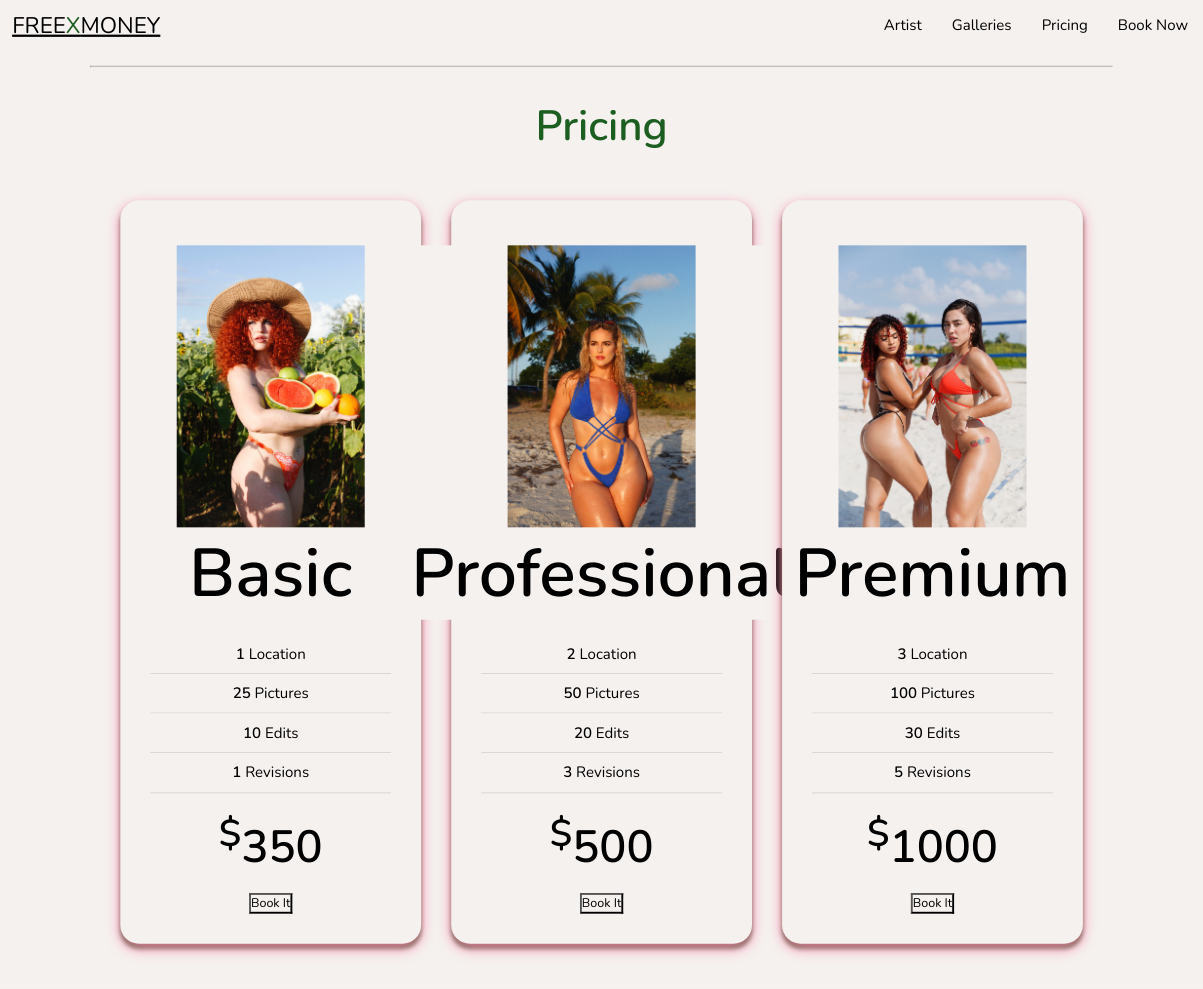
Repository: burntaftermint/freexmoney-draft
Page: price.html
The author's editor kept a copy of each file at every save. The page is drawn from the files as they stood at one save, then again after the next save.
The browser window is 1280 px wide. The pictures show the whole page, at 94% of full size.
Some web fonts or font styles are not loaded; a fallback is used.

Above is the page before, as saved 2024-06-11 02:15:01.

### price.html
<!DOCTYPE html>
<html lang="en">
<head>
    <meta charset="UTF-8">
    <meta http-equiv="X-UA-Compatible" content="IE=edge">
    <meta name="viewport" content="width=device-width, initial-scale=1.0">
    <script src="script.js" defer></script>
    <title>FREEXMONEY</title>
    <link rel="preconnect" href="https://fonts.googleapis.com">
    <link rel="preconnect" href="https://fonts.gstatic.com" crossorigin>
    <link href="https://fonts.googleapis.com/css2?family=Architects+Daughter&family=Kumbh+Sans:wght@400;700&family=Montserrat:ital,wght@0,100;0,200;0,300;0,400;0,500;0,600;0,700;0,800;0,900;1,100;1,200;1,300;1,400;1,500;1,600;1,700;1,800;1,900&family=Nunito:wght@300;400;500;600&family=Roboto:wght@300&family=Rubik:wght@400;500;600;700;800&family=Yantramanav:wght@500&display=swap" rel="stylesheet">
    <link rel="stylesheet" type="text/css" href="style.css">
</head>
<body>
    <nav class="navbar">
        <div class="nav-title">
            <a href="index.html">FREE<span>X</span>MONEY</a>
        </div>
        <a href="#" class="toggle-button">
            <span class="bar"></span>
            <span class="bar"></span>
            <span class="bar"></span>
        </a>
        <div class="navbar-links">
            <ul>
                <li><a href="artist.html">Artist</a></li>
                <li><a href="gallery.html">Galleries</a></li>
                <li><a href="pricing.html">Pricing</a></li>
                <li><a href="home.html">Book Now</a></li>
            </ul>
        </div>
    </nav>
    <hr>
    <h1 class="galleryh1">Pricing</h1>
    <section class="pricing">
        <div class="card-wrapper">
            <!-- card header -->
            <div class="card-header">
                <img src="images/2.JPG" alt="basic">
                <h2>Basic</h2>
            </div>
            <!-- card detail -->
            <div class="card-detail">
                <p><b>1</b> Location </p>
                <p><b>25</b> Pictures </p>
                <p><b>10</b> Edits </p>
                <p><b>1</b> Revisions </p>

            </div>
            <!-- card price -->
            <div class="card-price">
                <p><sup>$</sup>350</p>
            </div>
            <!-- button -->
            <button class="card-button">Book It</button>
        </div>

        <div class="card-wrapper">
            <!-- card header -->
            <div class="card-header">
                <img src="images/4.JPG" alt="basic">
                <h2>Professional</h2>
            </div>
            <!-- card detail -->
            <div class="card-detail">
                <p><b>2</b> Location </p>
                <p><b>50</b> Pictures </p>
                <p><b>20</b> Edits </p>
                <p><b>3</b> Revisions </p>

            </div>
            <!-- card price -->
            <div class="card-price">
                <p><sup>$</sup>500</p>
            </div>
            <!-- button -->
            <button class="card-button">Book It</button>
        </div>

        <div class="card-wrapper">
            <!-- card header -->
            <div class="card-header">
                <img src="images/11.JPG" alt="basic">
                <h2>Premium</h2>
            </div>
            <!-- card detail -->
            <div class="card-detail">
                <p><b>3</b> Location </p>
                <p><b>100</b> Pictures </p>
                <p><b>30</b> Edits </p>
                <p><b>5</b> Revisions </p>

            </div>
            <!-- card price -->
            <div class="card-price">
                <p><sup>$</sup>1000</p>
            </div>
            <!-- button -->
            <button class="card-button">Book It</button>
        </div>

    </section>

</body>
</html>

### style.css

* {
    margin: 0;
    padding: 0;
    box-sizing: border-box;
    font-family: 'Nunito', sans-serif;
    background-color: #f5f1ef;
}

.container {
    display: flex;
    flex-direction: column;
    justify-content: center;
    align-items: center;
    text-align: center;
    margin: 15px 20px 0 20px;
}

.social-links img {
    width: 50px;

    margin: 20px;
    cursor: pointer;
}

.social-links {
    text-align: center;
}

hr {
    margin: 1rem 6rem 0 6rem;
}


.container .heading {
    width: 50%;
    padding-bottom: 20px;
}

.container .heading h3 {
    font-size: 3em;
    font-weight: 400;
    border-bottom: 3px solid #1b5e20;

}

.container .heading h3 span {
    color: #1b5e20;
    font-weight: 600;
}

.container .box {
    display: flex;
    flex-direction: row;
    justify-content: space-between;

}

.container .box .row1 {
    display: flex;
    flex-direction: column;
    width: 32.5%;
}

.container .box .row1 img {
    width: 100%;
    padding-bottom: 10px;
    animation: fadeInUp 2s ease;
}

.container .box .row1 img:hover{
    opacity: 0.5;
    transition: 0.2s ease;

}

.container .btn {
    margin: 40px 0 70px 0;
    background: #1b5e20;
    padding: 15px 40px ;
    border-radius: 5px;
}


.container .btn a {
    text-decoration: none;
    background-color: transparent;
    color: #f5f5f5;
    font-weight: bolder;
    letter-spacing: 1px;
}

.container .heading a {
    text-decoration: none;
    color: black;
}
.container .heading a:hover {

    color: #f06292;
}

.container .btn a:hover {
    text-decoration: none;
    background-color: transparent;
    color: #f06292;
    font-weight: bolder;

}

/* gallery css */
.gallery-container {
    width: 100%;
    min-height: 100vh;
    display: flex;
    justify-content: center;
    align-items: center;
    padding: 0px 90px;
}

.gallery-content-section {
    display: flex;
    justify-content: center;
    align-items: center;
    text-align: center;
    animation: fadeInRight 2s ease;
}

.gallery-content-section .gallery-card {
    flex: 1;
    margin: 20px 20px;
    box-shadow: 0px 2px 8px 0px rgba(0,0,0,0.2);
    border-radius: 20px;
    box-shadow: 0 5px 14px #fa7fa8, 0 5px 5px #1b5e20;
}

.gallery-content-section .gallery-card:hover {
    transform: scale(1.2);
    cursor: pointer;
}

.gallery-content-section .gallery-card img {
    width: 100%;
    height: auto;
    border-radius: 5px;
}

.gallery-content-section .gallery-card h2 {
    margin: 15px 0px;
    font-size: 28px;
    color: #f06292;
}

.gallery-content-section .gallery-card p {
    font-size: 16px;
    line-height: 1.5;
    padding: 0px 10px;
    margin-bottom: 20px;
}

.galleryh1 {
    text-align: center;
    font-size: 45px;
    color: #1b5e20;
    margin-top: 2rem;
}

/* home css */

.hero {
    background-color: #f5f1ef;
    overflow: hidden;
}

.home-heading h1 {
    color: #1b5e20;
    font-size: 55px;
    text-align: center;
    margin-top: 35px;
    margin-bottom: -30px;
}

.hero-content p {
    font-size: 24px;
    line-height: 1.5;
    margin-bottom: 40px;
    color: rgb(39, 39, 39);
}

.hero-btn {
    display: inline-block;
    background-color: #1b5e20;
    margin-top: -20px;
    padding: 12px 24px;
    border-radius: 5px;
    font-size: 20px;
    border: none;
    cursor: pointer;
    transition: 0.3s ease;
    font-weight: bolder;
    letter-spacing: 1px;
}
.hero-btn a {

    text-decoration: none;
    background-color: transparent;
    color: #f5f5f5;
}
.hero-btn a:hover {

    color: #f06292;
}
.container_home {
    display: flex;
    justify-content: center;
    align-items: center;
    width: 90%;
    margin: 65px auto;
}
.hero-content {
    flex: 1;
    width: 600px;
    margin: 0px 25px;
    animation: fadeInUp 2s ease;
}
.hero-image {
    flex: 1;
    width: 600px;
    margin: auto;
    animation: fadeInRight 2s ease;
}

.hero-content h2 {
    color: #f06292;
    font-size: 38px;
    margin-bottom: 10px;
}

.hero img {
width: 100%;
height: auto;
border-radius: 10px;
}

/* navbar css */
.navbar {
    display: flex;
    justify-content: space-between;
    align-items: center;
    background-color: #f5f1ef;


}

.nav-title {
    background-color: transparent;
    text-decoration: underline;
}
.nav-title a{
    color: black;

}
.nav-title a:hover{
    color: #f06292;
}
.nav-title span{
    background-color: transparent;
    color: #1b5e20;
}

.navbar-links ul {
    margin: 0;
    padding: 0;
    display: flex;
}

.navbar-links li {
    list-style: none;

}

.navbar-links li a {
    text-decoration: none;
    color: black;
    padding: 1rem;
    display: block;



}

.navbar-links li a:hover{
    color: #f06292;
}
.nav-title {
    font-size: 1.5rem;
    margin: .5rem;
    padding-left: 5px;

}

.toggle-button {
    position: absolute;
    top: .75rem;
    right: 1rem;
    display: none;
    flex-direction: column;
    justify-content: space-between;
    width: 30px;
    height: 21px;
}

.toggle-button .bar {
    height: 3px;
    width: 100%;
    background-color: black;
    border-radius: 10px;
}

/* Pricing css */

.pricing {
    display: flex;
    justify-content: center;
    flex-wrap: wrap;
    width: 100%;
    padding: 2rem;
}

.card-header >img {
    width: 200px;
    display: block;
    margin: 0 auto;
}

.card-wrapper {
    display: flex;
    flex-direction: column;
    align-items: center;
    justify-content: center;
    width: 320px;
    height: auto;

    border-radius: 20px;
    box-shadow: 0 5px 14px #fa7fa8, 0 5px 5px #1b5e20;
    padding: 2rem;
    margin: 1rem;
    transition: all 0.2 ease-in;
}

.card-wrapper:hover {
    transform: scale(1.1);

}

.card-wrapper:hover .card-header> h2{
    transform: scale(1.1);
    color: #f06292;
    letter-spacing: 2;
}
.card-header {
    margin: 1rem;
    text-align: center;
    font-size: 3rem;

}

.card-detail {
    width: 100%;
    text-align: center;
}

.card-detail > p {
    padding: 0.6rem 1.5rem;
    font-size: 1rem;
    border-bottom: 1px solid #d5d5d5;

}

.card-price {
    display: flex;
    align-items: flex-start;
    margin: 1rem;
}

.card-price > p {
    font-size: 3rem;
    font-weight: 800;

}

.card-price > p > sup,
.card-price . p . sub {
    font-size: 1rem;
}





.pricing-card li {
    background-color: #fa7fa8;
}
.pricing-card strong {
    background-color: #fa7fa8;
}
.pricing-card sup {
    background-color: #fa7fa8;
}

.price {
    background-color: #fa7fa8;
    font-size: 70px;
    color: #f5f1ef;
    margin: 40px 0;
    transition: .2s linear;
}

.price sup, .price span {
    font-size: 22px;
    font-weight: 700;
}









@media only screen and (max-width: 1000px) {
    .gallery-content-section {
        flex-direction: column;
    }

    .pricing-card {
        flex: 50%;

    }

    .pricing-card-header {
        font-size: 10.5px;
    }

    .price {
        font-size: 45px;
    }

    .pricing-card li {
        font-size: 15px;
    }



}




@media only screen and (max-width: 769px) {
    .container .box {
        flex-direction: column;
    }
    .container .box .row1 {
        width: 100%;
    }
    .home-heading h1 {
        font-size: 45px;
        margin-top: 30px;
    }

    .hero {
        margin: 0px;

    }
    .container_home {
        width: 100%;
        flex-direction: column;
        margin: 0px;
        padding: 0px 40px;

    }
    .hero-content {
        width: 100%;
        margin: 35px 0px;
    }
    .hero-content h2 {
        font-size: 30px;

    }
    .hero-content p {
        font-size: 18px;
        margin-bottom: 20px;
    }
    .hero-btn {
        font-size: 16px;
        padding: 8px 16px;

    }
    .hero-image {
        width: 100%;
    }

    .pricing-card {
        flex: 50%;

    }

    .pricing-card-header {
        font-size: 6px;
    }

    .price {
        font-size: 35px;
    }

    .pricing-card li {
        font-size: 15px;
    }


}






@media only screen and (max-width: 718px) {
    .container .heading {
        width: 100%;

    }

    .container .heading h3 {
        font-size: 2.5em;


    }
}

@media only screen and (max-width: 549px) {
    .toggle-button {
        display: flex;

    }
    .navbar-links {
        display: none;
        width: 100%;

    }
    .navbar {
        flex-direction: column;
        align-items: flex-start;
    }

    .navbar-links ul {
        width: 100%;
        flex-direction: column;
    }

    .navbar-links li {
        text-align: center;
    }

    .navbar-links li a {
        padding: .3rem .7rem;
    }

    .navbar-links.active {
        display: flex;
    }
}

@media only screen and (max-width: 510px) {
    .gallery-card {
        width: 150%;

    }
}

@media only screen and (max-width: 400px) {
    .pricingh1 {
        margin-bottom: -175px;
    }
}

@keyframes fadeInUp {
    0% {
        opacity: 0;
        transform: translateY(50px);
    }
    100% {
        opacity: 1;
        transform: translateY(0px);
    }
}


@keyframes fadeInRight {
    0% {
        opacity: 0;
        transform: translateX(-50px);
    }
    100% {
        opacity: 1;
        transform: translateX(0px);
    }
}

Loaded but not shown: script.js (common file)

After the next save:
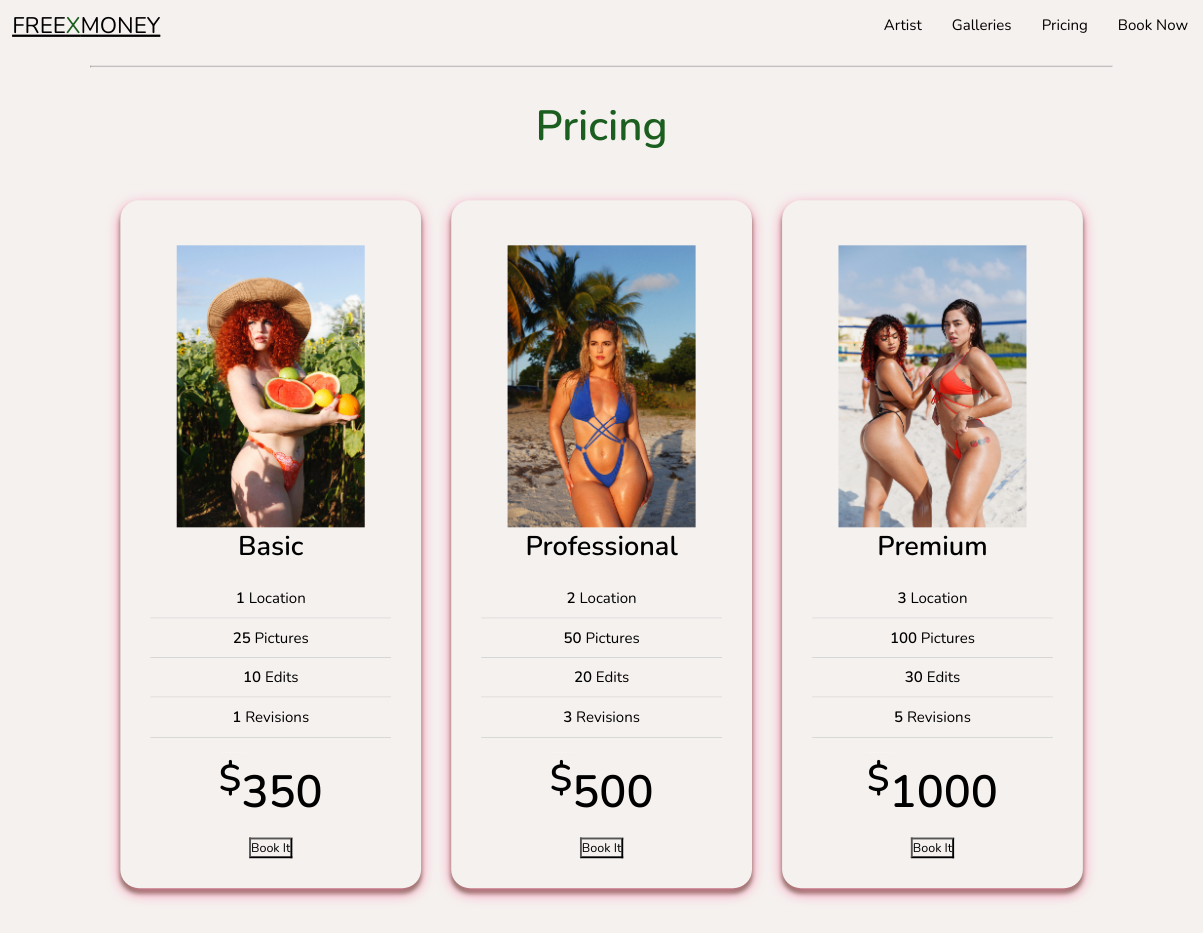
Saved 10 s later.
--- a/style.css
+++ b/style.css
@@ -360,7 +360,7 @@ border-radius: 10px;
 .card-header {
     margin: 1rem;
     text-align: center;
-    font-size: 3rem;
+    font-size: 1.2rem;
 
 }
 
